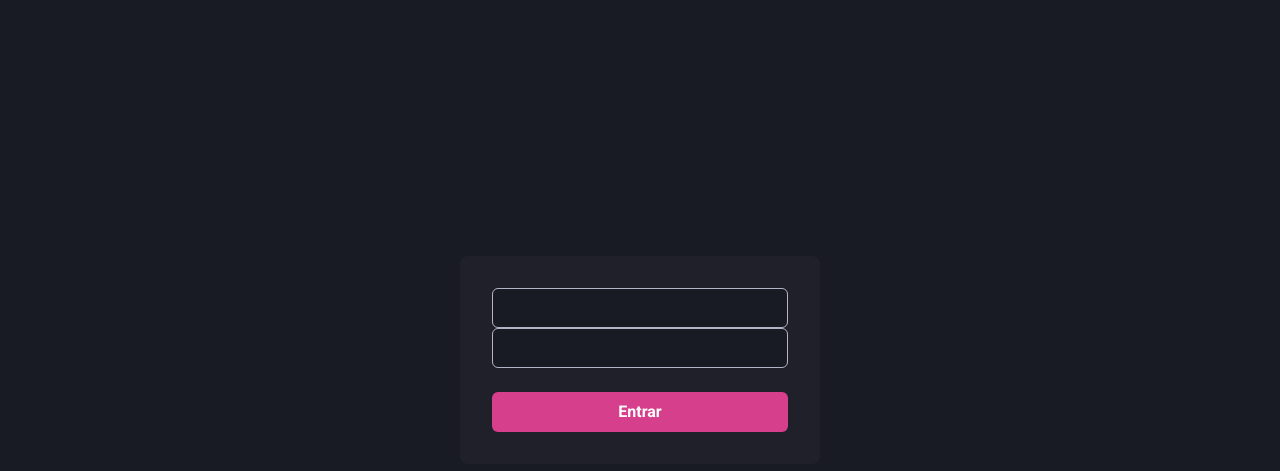
Repository: viniciusfg05/DashGo
Page: /
These files come from the project's save history. The page is drawn as it stood at one moment and after the next save; the edit follows.
The browser window is 1280 px wide. The pictures show the whole page.
The project was rebuilt for these pictures with package versions that can differ from the ones it lists, and the page was loaded fresh each time. The framework's server and built-in components were replaced by stand-ins that run in the browser. Also part of the build but not shown: next.config.js.

Above is the page before, as saved 2022-03-24 15:04:24.

### src/pages/_app.tsx
import { AppProps } from 'next/app'
import { ChakraProvider } from '@chakra-ui/react'
import { chakraConfigTheme } from '../styles/chakraConfigTheme'

function MyApp({ Component, pageProps }: AppProps) {
  return (
    <ChakraProvider theme={chakraConfigTheme}>
      <Component {...pageProps} />
    </ChakraProvider>
  )
}

export default MyApp

// * resetCSS : Reseta as configurações do CSS predefinidas

### src/pages/_document.tsx
import { Html, Head, Main, NextScript } from 'next/document'

export default function Document() {
  return (
    <Html>
      <Head>
        <link rel="preconnect" href="https://fonts.googleapis.com" />
        <link rel="preconnect" href="https://fonts.gstatic.com" />
        <link href="https://fonts.googleapis.com/css2?family=Roboto:wght@400;500;700&display=swap" rel="stylesheet" />
      </Head>
      <body>
        <Main />
        <NextScript />
      </body>
    </Html>
  )
}

### src/pages/index.tsx
import { Button, Flex, Input} from "@chakra-ui/react";

export default function Home() {
  return (
    <Flex
      w="100vw"
      h="100vh"
      align="center"
      justify="center"
    >
      <Flex
        as="form"
        width="100%"
        maxWidth={360}
        bg="gray.800"
        borderRadius={8}
        flexDir="column"
        p="8"
      >
        <Input
        name="email"
        type="email"
        focusBorderColor="pink.500"
        bgColor="gray.900"
        />

        <Input
        name="password"
        type="password"
        focusBorderColor="pink.500"
        bgColor="gray.900"
        />

        <Button type="submit" colorScheme="pink" mt="6">
          Entrar
        </Button>
      </Flex>
    </Flex>
  )
}

### src/styles/chakraConfigTheme.ts
import { extendTheme, Heading, Theme } from '@chakra-ui/react'

//extender a configurações que o meu theme tem. Mudando a estilização no component
export const chakraConfigTheme = extendTheme({
  colors: {
    gray: {
      "900": "#181B23",
      "800": "#1F2029",
      "700": "#353646",
      "600": "#4B4D63",
      "500": "#616480",
      "400": "#797D9A",
      "300": "#9699B0",
      "200": "#B3B5C6",
      "100": "#D1D2DC",
      "50": "#EEEEF2",
    }
  },
  fonts: {
    body: 'Roboto',
    Heading: 'Roboto'
  },
  styles: {
    global: {
      body: {
        bg: 'gray.900',
        color: 'gray.50'
      }
    }
  }
} as Theme | {} )

After the next save:
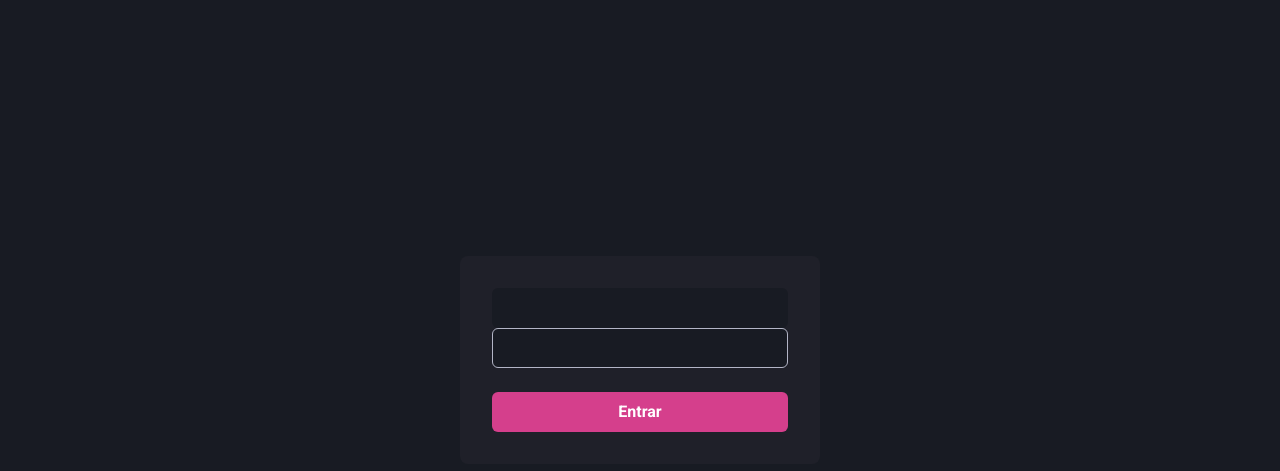
Saved 75 s later.
--- a/src/pages/index.tsx
+++ b/src/pages/index.tsx
@@ -22,6 +22,7 @@ export default function Home() {
         type="email"
         focusBorderColor="pink.500"
         bgColor="gray.900"
+        variant={"filled"}
         />
 
         <Input
